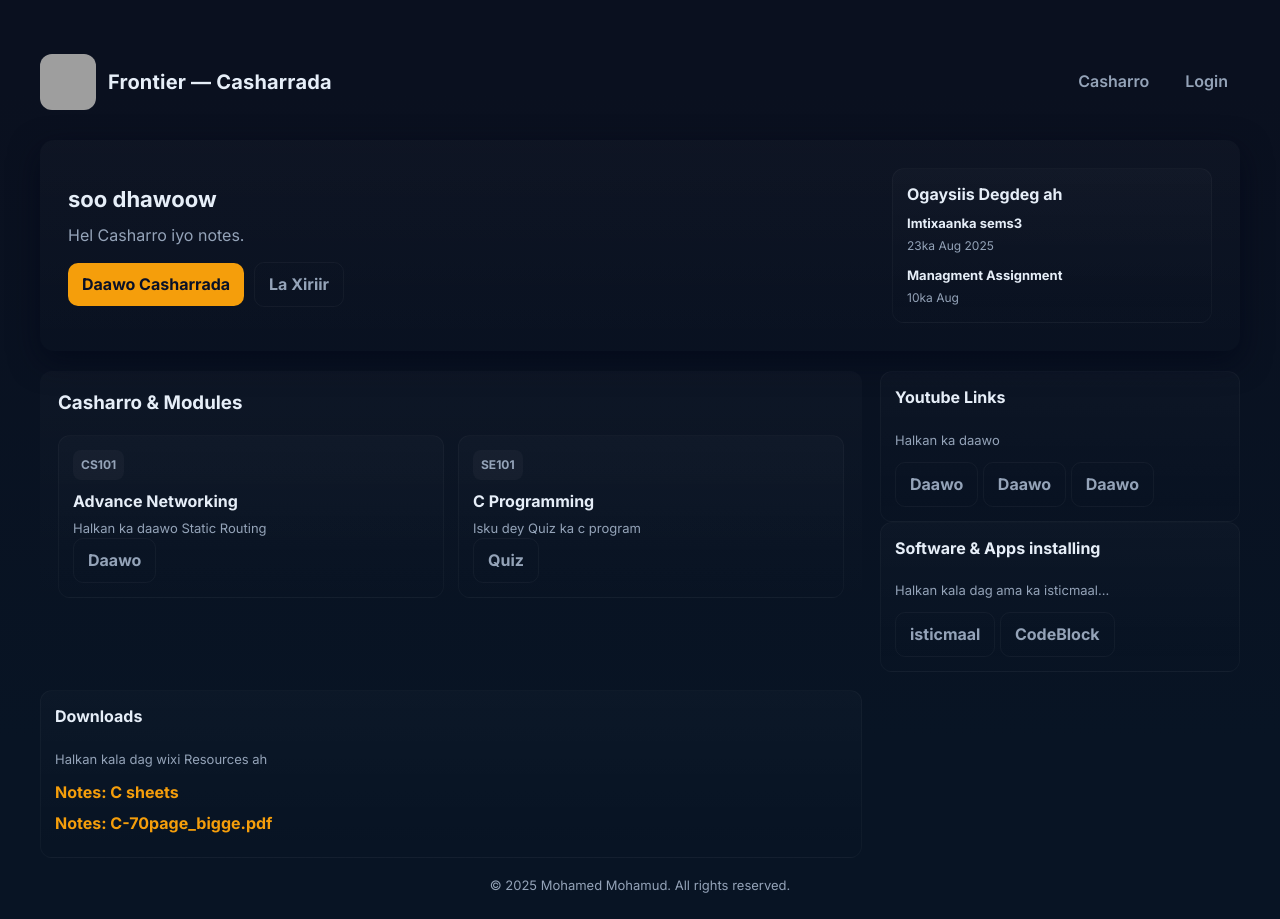
Repository: mrfiiqane/Al-Tacaawun.com
Page: index.html
An editor plug-in stored every save of this project. The page is shown before and after the next save, followed by the edit.
The browser window is 1280 px wide. The pictures show the whole page.
Pictures or frames that could not be fetched are drawn as grey boxes.

Above is the page before, as saved 2025-08-12 08:59:03.

### index.html
<!doctype html>
<html lang="en">
<head>
  <meta charset="utf-8" />
  <meta name="viewport" content="width=device-width,initial-scale=1" />
  <title>Jaamacadda — Casharrada</title>
  <link rel="stylesheet" href="./style.css">

  <!-- Google Font (optional) -->
  <link href="https://fonts.googleapis.com/css2?family=Inter:wght@300;400;600;700&display=swap" rel="stylesheet">

</head>
<body>
  <div class="wrap">

    <header>
      <div class="brand">
        <div class="logo"></div>
        <div>
          <h1 class="site-title">Frontier — Casharrada</h1>
        </div>
      </div>

      <nav aria-label="Primary">
        <a href="#courses">Casharro</a>
        <a href="./Singin.html">Login</a>
      </nav>
    </header>

    <section class="hero">
      <div class="hero-left">

        <h2>soo dhawoow</h2>
        <p>Hel Casharro iyo notes.</p>

        <div class="cta-row">
          <a class="btn" href="#courses">Daawo Casharrada</a>
          <a class="btn secondary" href="#contact">La Xiriir</a>
        </div>
      </div>

      <div class="hero-right card">
        <h4 style="margin:0 0 8px 0">Ogaysiis Degdeg ah</h4>
        <ul class="ann-list">
          <li class="ann"><div><b>Imtixaanka sems3</b><small> 23ka Aug 2025</small></div></li>
          <li class="ann"><div><b>Managment Assignment</b><small> 10ka Aug</small></div></li>
        </ul>
      </div>
    </section>

    <div class="grid">
      <main>
        <!-- Courses -->
        <div id="courses" class="section">
          <h3 style="margin-top:0">Casharro & Modules</h3>
          <div class="courses">
            <article class="course">
              <span class="code">CS101</span>
              <h3>Advance Networking</h3>
              <p>Halkan ka daawo Static Routing</p>
              <a class="btn secondary" href="https://youtu.be/i_kWL7zncr0?si=UCBDJ3CswC6rXT9E" >Daawo</a>
            </article>
            <article class="course">
              <span class="code">SE101</span>
              <h3>C Programming</h3>
              <p>Isku dey Quiz ka c program</p>
              <a class="btn secondary" href="https://quiz-with-c.vercel.app/" >Quiz</a>
            </article>



          </div>
        </div>



      </main>

      <!-- Sidebar -->
      <aside>
        <div class="card">
          <h4 style="margin-top:0">Youtube Links</h4>
          <p class="site-sub">Halkan ka daawo</p>
          <ul style="margin:12px 0 0 0; padding:0; list-style:none;">
            <a class="btn secondary" href="https://youtu.be/eYBJgoVVvV4" >Daawo</a>
            <a class="btn secondary" href="https://youtu.be/OuTGAZUUJFI" >Daawo</a>
            <a class="btn secondary" href="https://youtu.be/sqkx3KoNXKo" >Daawo</a>
          </ul>
        </div>
        <div class="card">
          <h4 style="margin-top:0">Software & Apps installing</h4>
          <p class="site-sub">Halkan kala dag ama ka isticmaal...</p>
          <ul style="margin:12px 0 0 0; padding:0; list-style:none;">
            <a class="btn secondary" href="https://www.programiz.com/c-programming/online-compiler/" >isticmaal</a>
            <a class="btn secondary" href="https://sourceforge.net/projects/codeblocks/files/Binaries/25.03/Windows/codeblocks-25.03mingw-setup.exe/download" >CodeBlock</a>

          </ul>
        </div>

      </aside>
      <aside>
        <div class="card">
          <h4 style="margin-top:0">Downloads</h4>
          <p class="site-sub">Halkan kala dag wixi Resources ah</p>
          <ul style="margin:12px 0 0 0; padding:0; list-style:none;">
            <li style="margin-bottom:8px"><a href="./images/cheat_sheet_c.pdf" download="" style="color:var(--accent); text-decoration:none; font-weight:700">Notes: C sheets</a></li>
            <li style="margin-bottom:8px"><a href="./images/C-70page-begginers.pdf" download="" style="color:var(--accent); text-decoration:none; font-weight:700">Notes: C-70page_bigge.pdf</a></li>
          </ul>
        </div>

      </aside>
    </div>

    <footer>
      © <span id="year"></span> 2025 Mohamed Mohamud. All rights reserved.
    </footer>

  </div>

</body>
</html>

### style.css
:root{
      --bg:#0f1724;
      --card:#0b1220;
      --accent:#F59E0B;
      --muted:#94a3b8;
      --glass: rgba(255,255,255,0.04);
      --radius:14px;
      --maxw:1200px;
      font-family: "Inter", system-ui, -apple-system, "Segoe UI", Roboto, "Helvetica Neue", Arial;
    }
    *{box-sizing:border-box}
    html,body{
      height:80%
      width:80%
    }
    body{
      margin:0;
      background: linear-gradient(180deg,#0a101f 10%, #081424 80%);
      color:#e6eef8;
      -webkit-font-smoothing:antialiased;
      -moz-osx-font-smoothing:grayscale;  /* //waa maxay */
      line-height:1.45;
      padding:24px;
      display:flex;
      justify-content:center;
    }
    .wrap{
      width:100%;
      max-width:var(--maxw);

    }

    /* Header */
    header{
      display:flex;
      align-items:center;
      justify-content:space-between;
      gap:16px;
      margin: 30px auto;
    }
    .brand{
      display:flex;
      align-items:center;
      gap:12px;
    }
    .logo{
      background-image: url('https://encrypted-tbn0.gstatic.com/images?q=tbn:ANd9GcTuMOF6fEdt8Zlo2HOTVPE4MufJVdZzyfTKlA&s');
      background-size:cover;
      background-position:center;
      background-repeat:no-repeat;
      width:56px;
      height:56px;
      border-radius:12px;
      display:flex;
      align-items:center;
      justify-content:center;
      font-weight:700;
      font-size:20px;
    }
    h1.site-title{
      margin:0;
      font-size:20px;
      letter-spacing:0.2px;
    }
    p.site-sub{ margin:0; color:var(--muted); font-size:13px }

    nav{
      display:flex;
      gap:12px;
      align-items:center;
    }
    nav a{
      color:var(--muted);
      text-decoration:none;
      font-weight:600;
      padding:8px 12px;
      border-radius:10px;
    }
    nav a:hover{ color:#fff; background:var(--glass) }

    /* Hero */
    .hero{
      background: linear-gradient(180deg, rgba(255,255,255,0.02), transparent);
      border-radius: var(--radius);
      padding:28px;
      display:flex;
      gap:24px;
      align-items:center;
      margin-bottom:20px;
      box-shadow: 0 10px 30px rgba(2,6,23,0.6);
    }
    .hero-left{flex:1}
    .hero-right{ width:320px; min-width:220px }
    .hero h2{ margin:0 0 8px 0; font-size:22px }
    .hero p{ margin:0 0 14px 0; color:var(--muted) }

    .cta-row{ display:flex; gap:10px; align-items:center }
    .btn{
      background:var(--accent);
      color:#081028;
      padding:10px 14px;
      border-radius:10px;
      font-weight:700;
      border:none;
      cursor:pointer;
      text-decoration:none;
      display:inline-block;
    }
    .btn.secondary{
      background:transparent;
      color:var(--muted);
      border:1px solid rgba(255,255,255,0.04);
    }

    /* Grid */
    .grid{
      display:grid;
      gap:18px;
      grid-template-columns: 1fr 360px;
    }

    /* Main content */
    main{ background:transparent }
    .section{
      background: linear-gradient(180deg, rgba(255,255,255,0.02), transparent);
      padding:18px;
      border-radius:12px;
      margin-bottom:16px;
    }

    /* Courses */
    .courses{
      display:grid;
      grid-template-columns: repeat(auto-fit,minmax(230px,1fr));
      gap:14px;
    }
    .course{
      background:linear-gradient(180deg, rgba(255,255,255,0.02), transparent);
      padding:14px;
      border-radius:12px;
      border:1px solid rgba(255,255,255,0.03);
      transition:transform .18s ease, box-shadow .18s ease;
    }
    .course:hover{ transform:translateY(-6px); box-shadow:0 12px 30px rgba(2,6,23,0.6) }
    .code{
      display:inline-block;
      background:rgba(255,255,255,0.03);
      padding:6px 8px;
      border-radius:8px;
      color:var(--muted);
      font-weight:700;
      font-size:12px;
    }
    .course h3{ margin:10px 0 6px 0; font-size:16px }
    .course p{ margin:0; color:var(--muted); font-size:13px }

    /* Sidebar cards */
    .card{
      background: linear-gradient(180deg, rgba(255,255,255,0.02), transparent);
      padding:14px;
      border-radius:12px;
      border:1px solid rgba(255,255,255,0.03);
    }
    .ann-list{ list-style:none; margin:0; padding:0; display:flex; flex-direction:column; gap:10px }
    .ann{
      display:flex; gap:10px; align-items:flex-start;
    }
    .ann b{ display:block; font-size:13px }
    .ann small{ color:var(--muted); font-size:12px }

    footer{
      margin-top:18px; text-align:center; color:var(--muted); font-size:13px;
    }

    /* Responsive */
    @media (max-width:768px){
    header{
      display:block;
      align-items:center;
      justify-content:space-around;
      gap:5px;
      margin-bottom:22px;
    }
    .hero, .grid{
      display: flex;
      flex-direction: column;
    }

    nav{
      gap:5px;
      justify-content: end;
    }
    .btn{
      padding:10px;
    }

    }

After the next save:
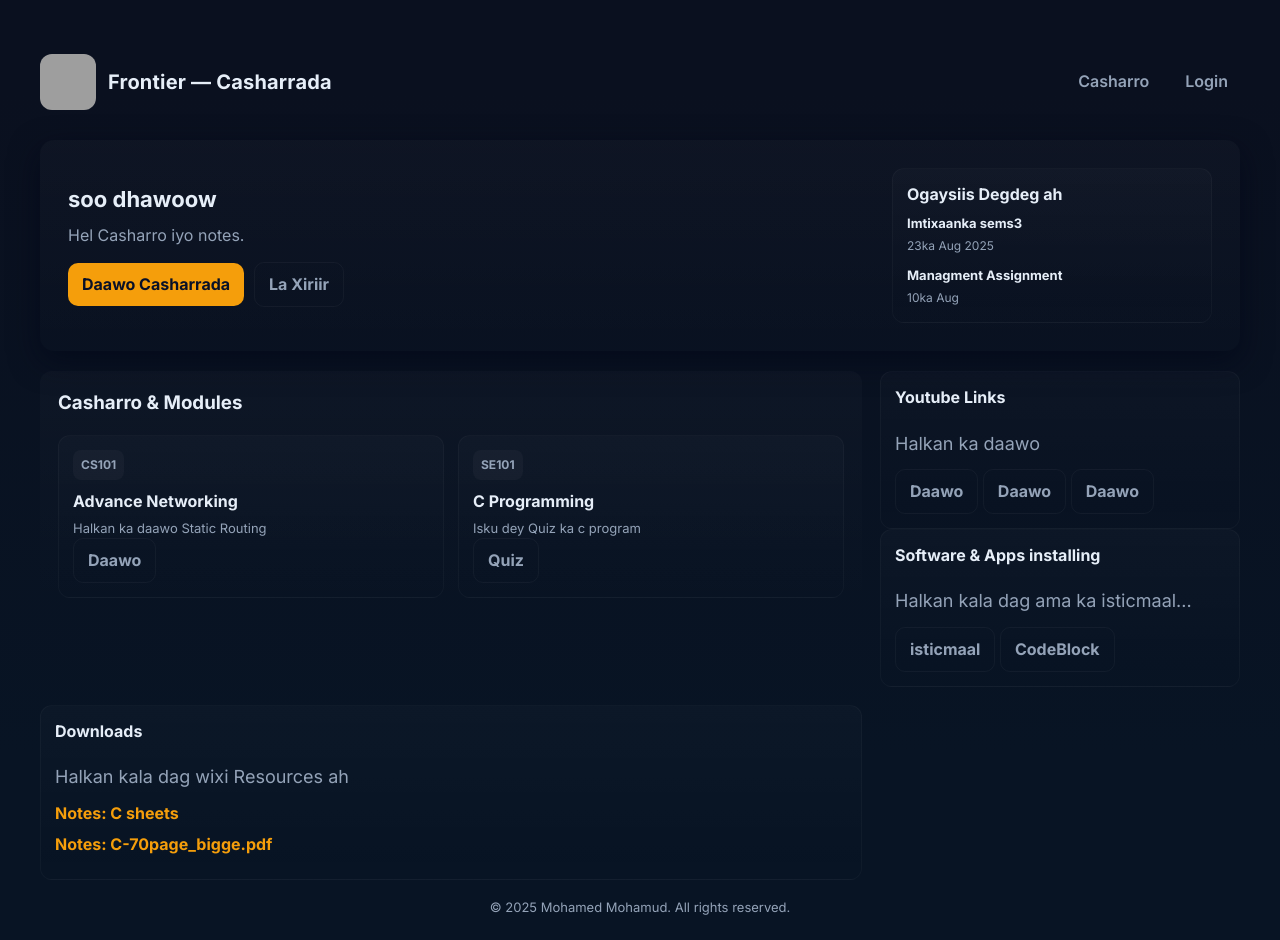
Saved 18 s later.
--- a/style.css
+++ b/style.css
@@ -62,7 +62,7 @@
       font-size:20px;
       letter-spacing:0.2px;
     }
-    p.site-sub{ margin:0; color:var(--muted); font-size:13px }
+    p.site-sub{ margin:0; color:var(--muted); font-size:18px }
 
     nav{
       display:flex;
